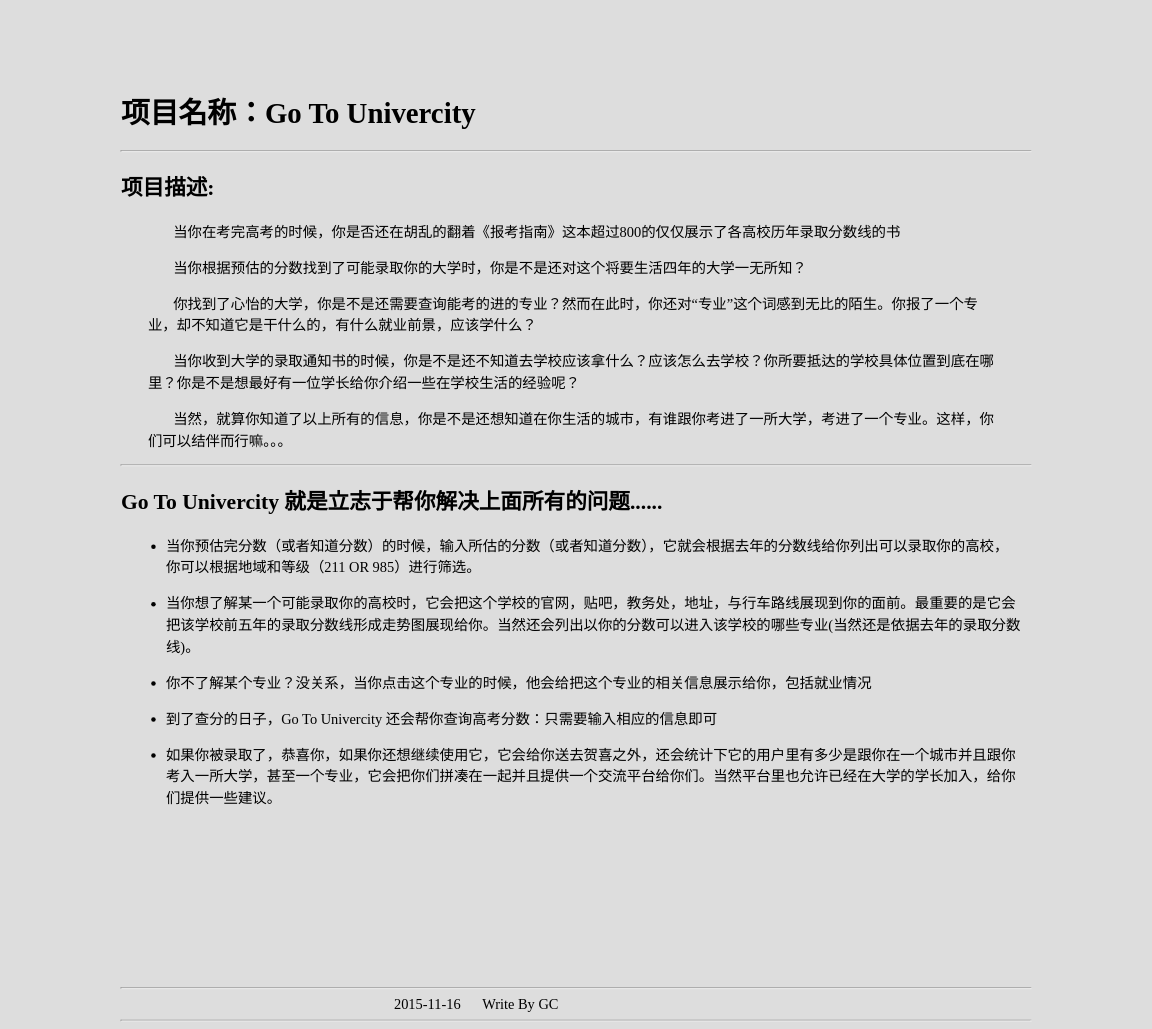
Repository: SUT-GC/GoToUnivercity
Page: http://localhost/GoToUniversity/ideasource/idea.jsp
The author's editor kept a copy of each file at every save. The page is drawn from the files as they stood at one save, then again after the next save.
The browser window is 1280 px wide. The pictures show the whole page, at 90% of full size.
The page is served by Tomcat 9. Nobody is signed in. The application's start-up code is not run.

Above is the page before, as saved 2015-11-16 11:32:12.

After the next save:
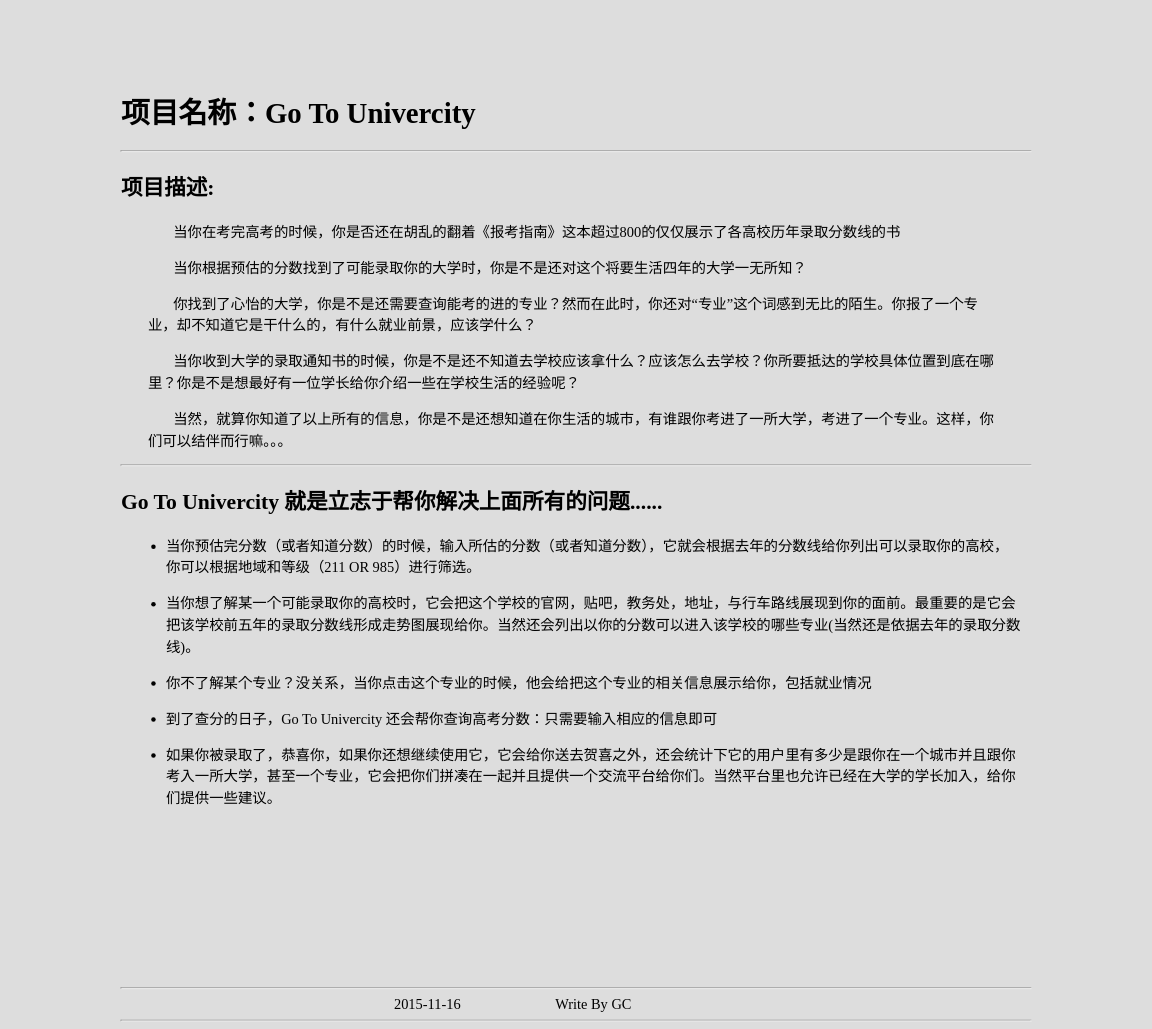
Saved 6 s later.
--- a/GoToUniversity/WebContent/ideasource/css/idea.css
+++ b/GoToUniversity/WebContent/ideasource/css/idea.css
@@ -25,5 +25,5 @@ body{
 	margin-left: 30%;
 }
 .tail_writer{
-	margin-left: 20px;
+	margin-left: 10%;
 }
